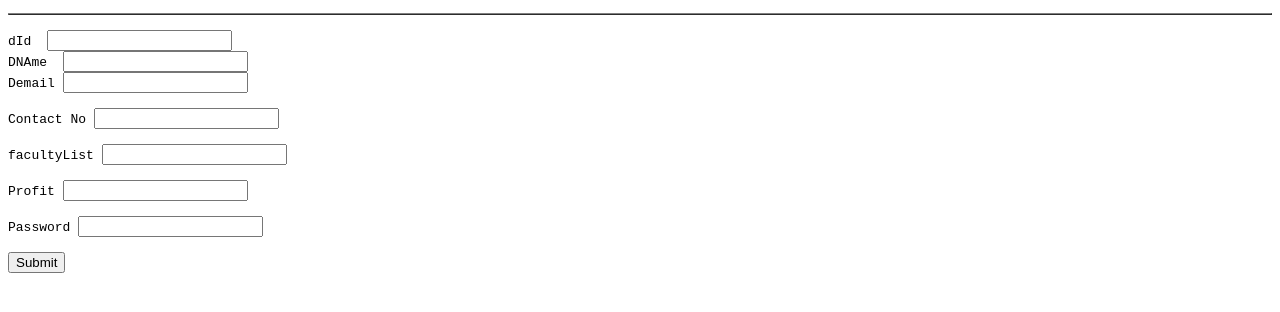
Repository: omkar-falke/SpringDemo
Page: http://localhost/ServletMVC/dept.jsp
The author's editor kept a copy of each file at every save. The page is drawn from the files as they stood at one save, then again after the next save.
The browser window is 1280 px wide. The pictures show the whole page.
The page is served by Tomcat 9. Other server files are loaded and not shown.

Above is the page before, as saved 2019-06-04 09:50:53.

### ServletDemo/ServletMVC/WebContent/dept.jsp
<%@ page language="java" contentType="text/html; charset=ISO-8859-1"
    pageEncoding="ISO-8859-1"%>
<!DOCTYPE html PUBLIC "-//W3C//DTD HTML 4.01 Transitional//EN" "http://www.w3.org/TR/html4/loose.dtd">
<html>
<head>
<meta http-equiv="Content-Type" content="text/html; charset=ISO-8859-1">
<title>Dept Here</title>
</head>
<body>
<pre>
<table border="1" height="100%" width="100%"></table>
dId  <input type="text" name="did">
DNAme  <input type="text" name="dname">
Demail <input type="email" name="email">

Contact No <input type="text" name="contact">

facultyList <input type="text" name="flist">

Profit <input type="text" name="profit">

Password <input type="password" name="pass">

<input type="submit" value="Submit">

</pre>

</body>
</html>

After the next save:
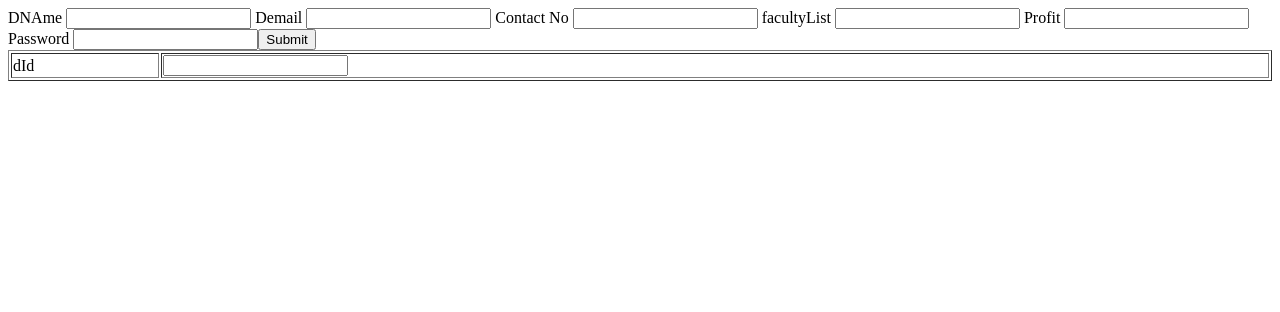
Saved 40 s later.
--- a/ServletDemo/ServletMVC/WebContent/dept.jsp
+++ b/ServletDemo/ServletMVC/WebContent/dept.jsp
@@ -7,9 +7,9 @@
 <title>Dept Here</title>
 </head>
 <body>
-<pre>
-<table border="1" height="100%" width="100%"></table>
-dId  <input type="text" name="did">
+<table border="1" height="100%" width="100%">
+<tr>
+<td>dId </td> <td> <input type="text" name="did"></td>
 DNAme  <input type="text" name="dname">
 Demail <input type="email" name="email">
 
@@ -23,7 +23,7 @@ Password <input type="password" name="pass">
 
 <input type="submit" value="Submit">
 
-</pre>
 
+</table>
 </body>
 </html>
